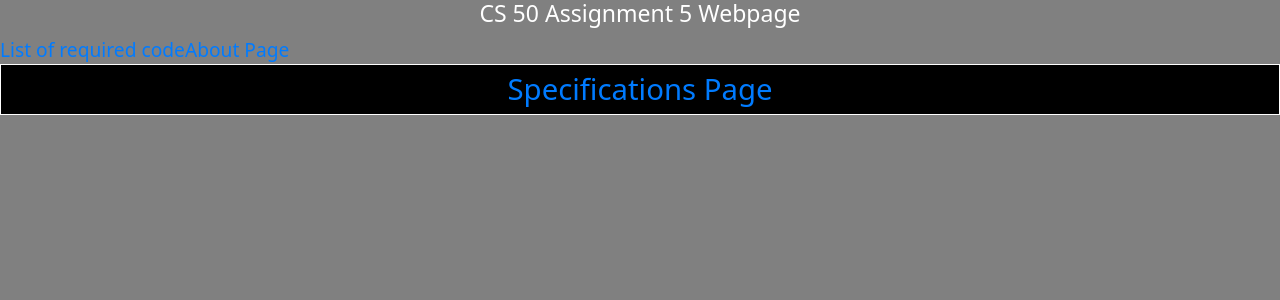
Repository: RSchwinn/cs50
Page: workspace/pset5/homepage/index.html
The author's editor kept a record of every edit. The page is drawn from the files as they stood at one moment, then again after the next edit.
The browser window is 1280 px wide. The pictures show the whole page.

Above is the page before.

### workspace/pset5/homepage/index.html
<!DOCTYPE html>

<html lang="en">
    <head>
        <!-- Required meta tags -->
        <meta charset="utf-8">
        <meta name="viewport" content="width=device-width, initial-scale=1, shrink-to-fit=no">

        <!-- Bootstrap CSS -->
        <link rel="stylesheet" href="https://stackpath.bootstrapcdn.com/bootstrap/4.1.3/css/bootstrap.min.css" integrity="sha384-MCw98/SFnGE8fJT3GXwEOngsV7Zt27NXFoaoApmYm81iuXoPkFOJwJ8ERdknLPMO" crossorigin="anonymous">
        <link href="styles.css" rel="stylesheet">
        <title>CS 50 Assignment 5 Webpage </title>
    </head>
    <body>
        <h1> CS 50 Assignment 5 Webpage </h1>

<a href></a>
<table style="width:100%">
  <tr> <td>
<a href="specs.html">Specifications Page</a> </td>
<a href="add.html">List of required code</a> </td>
<a href="specs.html">About Page</a> </td>
</tr>
</table>
        <script src="https://code.jquery.com/jquery-3.3.1.slim.min.js" integrity="sha384-q8i/X+965DzO0rT7abK41JStQIAqVgRVzpbzo5smXKp4YfRvH+8abtTE1Pi6jizo" crossorigin="anonymous"></script>
        <script src="https://cdnjs.cloudflare.com/ajax/libs/popper.js/1.14.3/umd/popper.min.js" integrity="sha384-ZMP7rVo3mIykV+2+9J3UJ46jBk0WLaUAdn689aCwoqbBJiSnjAK/l8WvCWPIPm49" crossorigin="anonymous"></script>
        <script src="https://stackpath.bootstrapcdn.com/bootstrap/4.1.3/js/bootstrap.min.js" integrity="sha384-ChfqqxuZUCnJSK3+MXmPNIyE6ZbWh2IMqE241rYiqJxyMiZ6OW/JmZQ5stwEULTy" crossorigin="anonymous"></script>
    </body>
</html>

### workspace/pset5/homepage/styles.css
body
{
    background-color: grey;
    color: white;
    font-size: larger;
    font-family: sans;
}

h1
{
    background-color: grey;
    color: white;
    font-size: larger;
    font-family: sans;
    text-align: center;
}

#unique
{
    border: 4px dotted blue;
}

table
{
    border: 1px solid white;
    text-align:center;
}

tr
{
    height: 50px;
}

td
{
    border: 1px solid white;
    background-color:black;
    color: white;
    font-size: 22pt;
}

.students
{
    background-color: yellow;
    opacity: 0.7;
}

After the next edit:
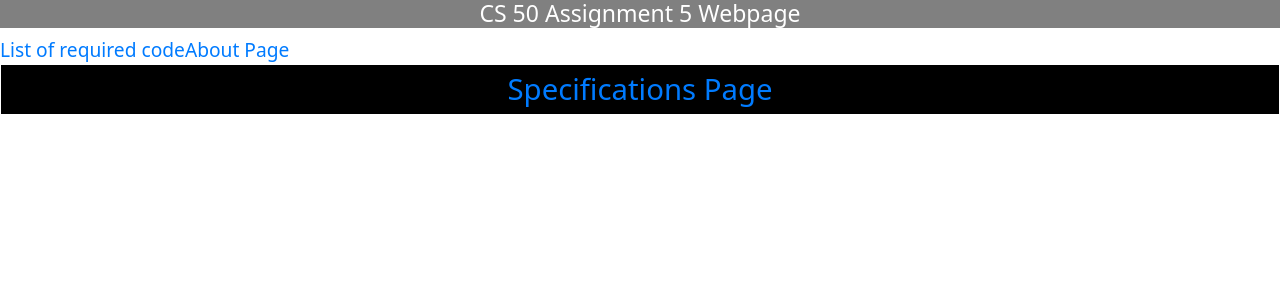
The edit:
--- a/workspace/pset5/homepage/styles.css
+++ b/workspace/pset5/homepage/styles.css
@@ -1,7 +1,5 @@
 body
 {
-    background-color: grey;
-    color: white;
     font-size: larger;
     font-family: sans;
 }
